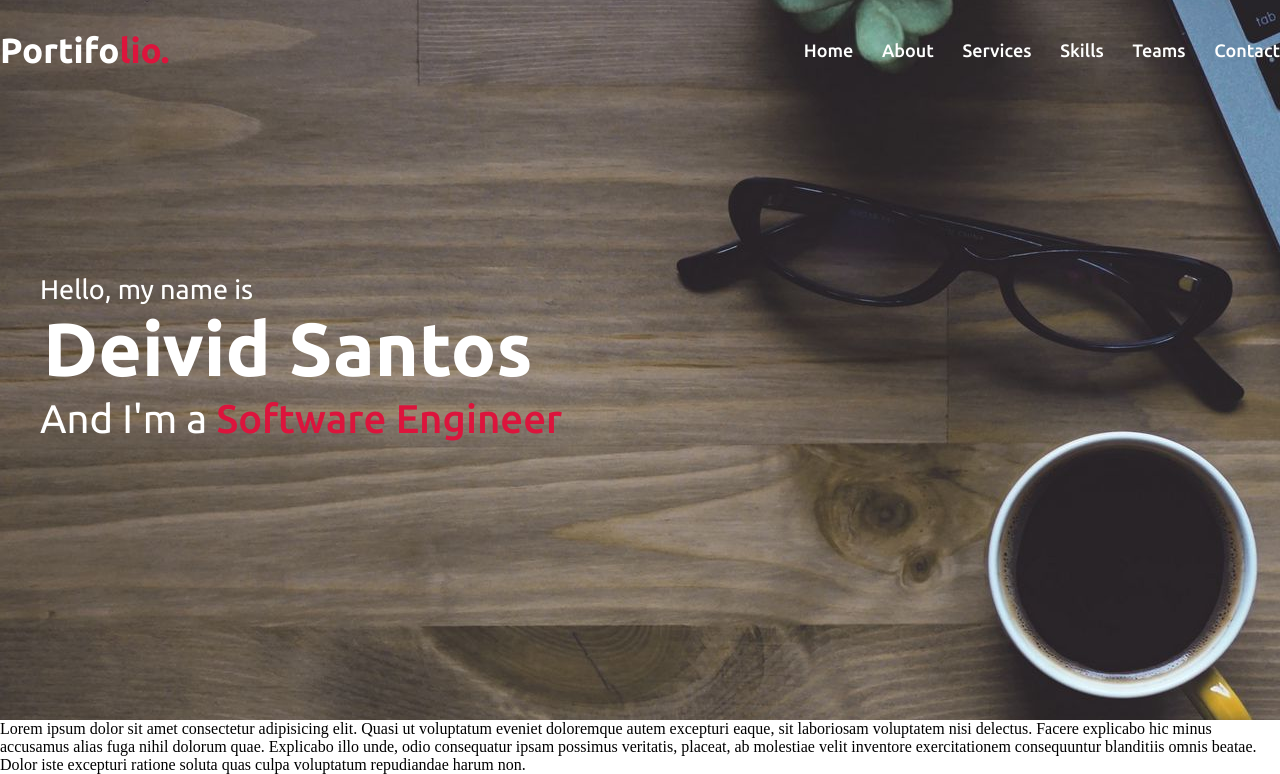
Repository: deividwsantoss/portfolio
Page: index.html
These files come from the project's save history. The page is drawn as it stood at one moment and after the next save; the edit follows.
The browser window is 1280 px wide. The pictures show the whole page.
Some web libraries are served in a nearby version.

Above is the page before, as saved 2021-03-01 21:30:15.

After the next save:
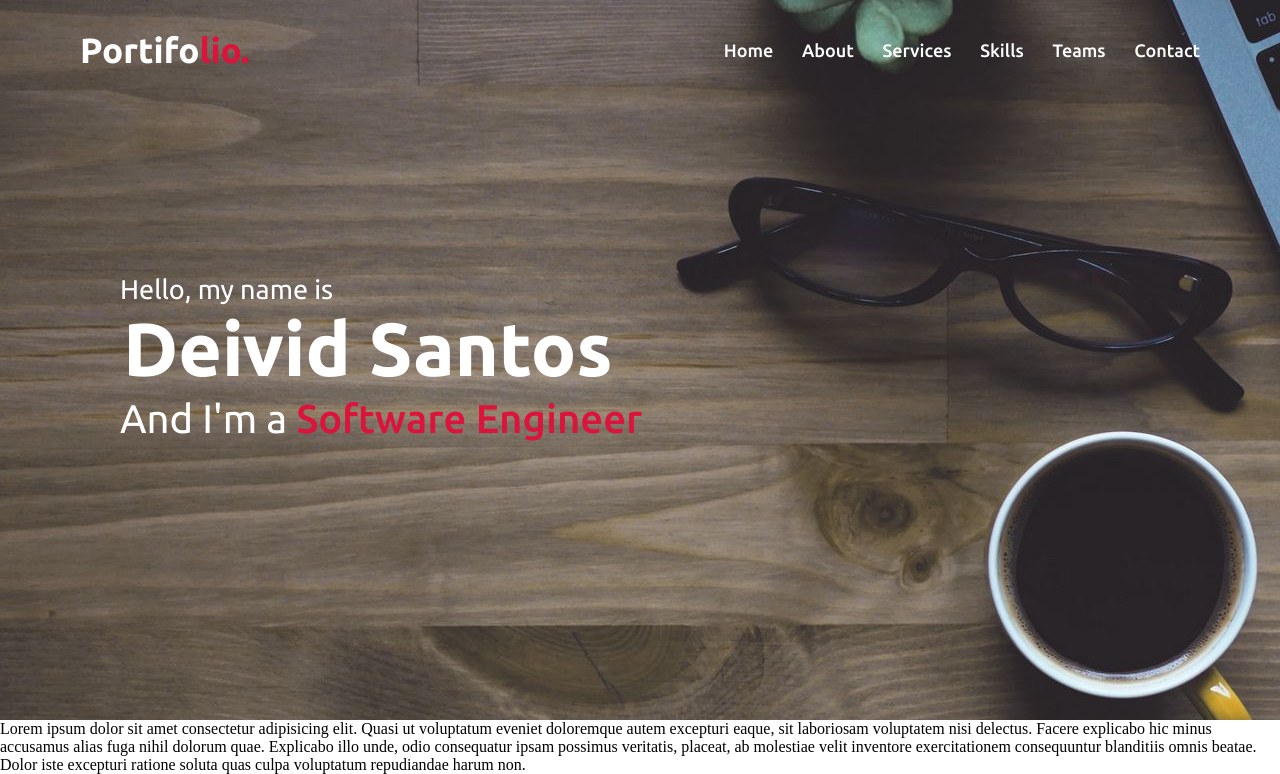
Saved 46 s later.
--- a/Content/style.css
+++ b/Content/style.css
@@ -9,6 +9,71 @@
 html{
     scroll-behavior: smooth;
 }
+/* custom scroll bar */
+::-webkit-scrollbar {
+    width: 10px;
+}
+::-webkit-scrollbar-track {
+    background: #f1f1f1;
+}
+::-webkit-scrollbar-thumb {
+    background: #888;
+}
+
+::-webkit-scrollbar-thumb:hover {
+    background: #555;
+}
+/* all similar content styling codes */
+section{
+    padding: 100px 0;
+}
+.max-width{
+    max-width: 1300px;
+    padding: 0 80px;
+    margin: auto;
+}
+.about, .services, .skills, .teams, .contact, footer{
+    font-family: 'Poppins', sans-serif;
+}
+.about .about-content,
+.services .serv-content,
+.skills .skills-content,
+.contact .contact-content{
+    display: flex;
+    flex-wrap: wrap;
+    align-items: center;
+    justify-content: space-between;
+}
+section .title{
+    position: relative;
+    text-align: center;
+    font-size: 40px;
+    font-weight: 500;
+    margin-bottom: 60px;
+    padding-bottom: 20px;
+    font-family: 'Ubuntu', sans-serif;
+}
+section .title::before{
+    content: "";
+    position: absolute;
+    bottom: 0px;
+    left: 50%;
+    width: 180px;
+    height: 3px;
+    background: #111;
+    transform: translateX(-50%);
+}
+section .title::after{
+    position: absolute;
+    bottom: -8px;
+    left: 50%;
+    font-size: 20px;
+    color: crimson;
+    padding: 0 5px;
+    background: #fff;
+    transform: translateX(-50%);
+}
+
 /* Navbar styling */
 .navbar{
     position: fixed;
